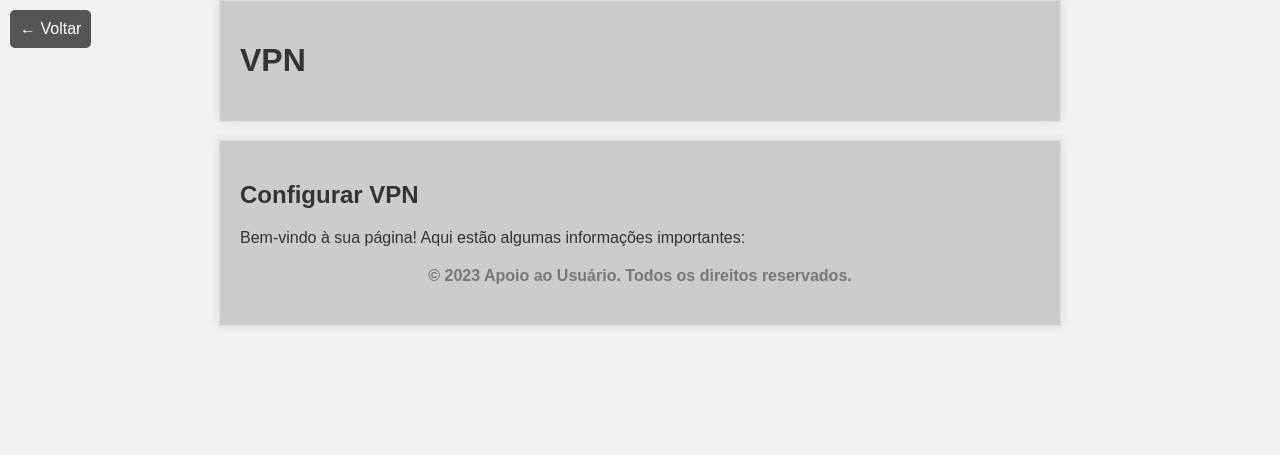
Repository: I4guito/dicasdez
Page: Dicas site/Dicas/vpn.html
These files come from the project's save history. The page is drawn as it stood at one moment and after the next save; the edit follows.
The browser window is 1280 px wide. The pictures show the whole page.

Above is the page before, as saved 2023-11-29 10:58:24.

### Dicas site/Dicas/vpn.html
<!DOCTYPE html>
<html lang="pt-br">
<head>
    <meta charset="UTF-8">
    <meta name="viewport" content="width=device-width, initial-scale=1.0">
    <link rel="stylesheet" href="padrao.css">
    <script src="/Dicas site/script.js"></script>
    <title>VPN</title>
</head>
<body>
    <div class="container">
        <header>
        <a href="javascript:history.back()" class="voltar-btn">&#8592; Voltar</a>
            <h1>VPN</h1>
        </header>
    </div><br>
    <div class="container">
        <section>
            <h2>Configurar VPN</h2>
            <p>Bem-vindo à sua página! Aqui estão algumas informações importantes:</p>
            <ul>
                <li><strong></li>
                <li><strong></li>
            </ul>
        </section>
        <footer>
            <p>&copy; 2023 Apoio ao Usuário. Todos os direitos reservados.</p>
        </footer>
    </div>
</body>
</html>

### Dicas site/Dicas/padrao.css
body {
    font-family: 'Arial', sans-serif;
    margin: 0;
    padding: 0;
    background-color: #f2f2f2;
    color:#fff
}

.container {
    max-width: 800px;
    margin: 0 auto;
    background-color: #ccc;
    padding: 20px;
    box-shadow: 0 0 10px rgba(0, 0, 0, 0.1);
    border: 1px solid #ddd;
    color: #333;
}

header, section, footer {
    margin-bottom: 20px;
}

header h1, section h2 {
    color: #333;
}

ul {
    list-style: none;
    padding: 0;
}

li {
    margin-bottom: 10px;
}

footer {
    text-align: center;
    color: #777;
}

.voltar-btn {
    position: absolute;
    left: 10px;
    top: 10px;
    text-decoration: none;
    color: #fff;
    font-size: 16px;
    padding: 10px;
    background-color: #555;
    border: none;
    border-radius: 5px;
    cursor: pointer;
    transition: background-color 0.3s;
}

.voltar-btn:hover {
    background-color: #777;
}

img {

    margin-inline: 5cm;
    max-width: 100%;
    border-radius: 3%;
}

.link-instrucoes {
    font-family:cursive;
    width: 50px;
    left: 10px;
    text-decoration: none;
    color: #fff;
    font-size: 25px;
    padding: 3px;
    background-color: #555;
    border: none;
    border-radius: 10px;
    cursor: pointer;
    transition:  background-color 0.3s;
}

.link-instrucoes:hover {
    background-color:#777
}

### Dicas site/script.js
function filterItems() {
    var searchBar = document.getElementById('searchBar');
    var filter = searchBar.value.toUpperCase();

    var columns = document.getElementsByClassName('column');
    for (var i = 0; i < columns.length; i++) {
        var boxes = columns[i].getElementsByClassName('box');
        for (var j = 0; j < boxes.length; j++) {
            var item = boxes[j];
            var textValue = item.textContent || item.innerText;
            if (textValue.toUpperCase().indexOf(filter) > -1) {
                item.style.display = "";
            } else {
                item.style.display = "none";
            }
        }
    }
}

function openPage(pageName) {
    window.location.href = pageName + '.html';
}

const isOpera = navigator.userAgent.indexOf("OPR") > -1;

if (isOpera) {
    document.addEventListener("DOMContentLoaded", function () {
        const containers = document.querySelectorAll(".container");
        containers.forEach(function (container) {
            container.style.backgroundColor = "#005c4b";
            container.style.color = "#333";
        });
    });
}

After the next save:
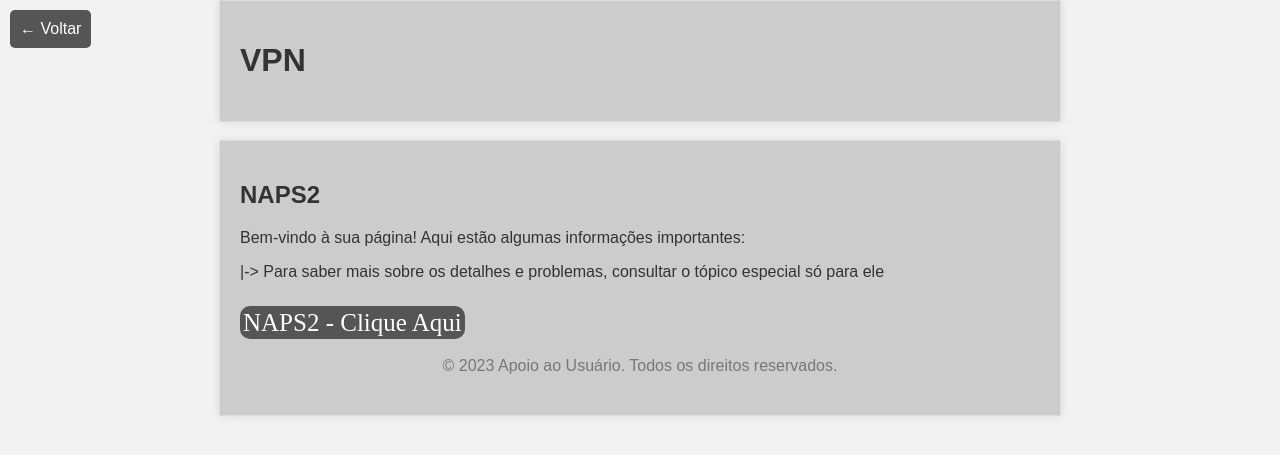
Saved 54 s later.
--- a/Dicas site/Dicas/vpn.html
+++ b/Dicas site/Dicas/vpn.html
@@ -16,11 +16,11 @@
     </div><br>
     <div class="container">
         <section>
-            <h2>Configurar VPN</h2>
+            <h2>NAPS2</h2>
             <p>Bem-vindo à sua página! Aqui estão algumas informações importantes:</p>
             <ul>
-                <li><strong></li>
-                <li><strong></li>
+                <li>|-> Para saber mais sobre os detalhes e problemas, consultar o tópico especial só para ele</li><br>
+                <a href="/Dicas site/programas/programas página/naps2.html" class="link-instrucoes">NAPS2 - Clique Aqui</a>
             </ul>
         </section>
         <footer>
